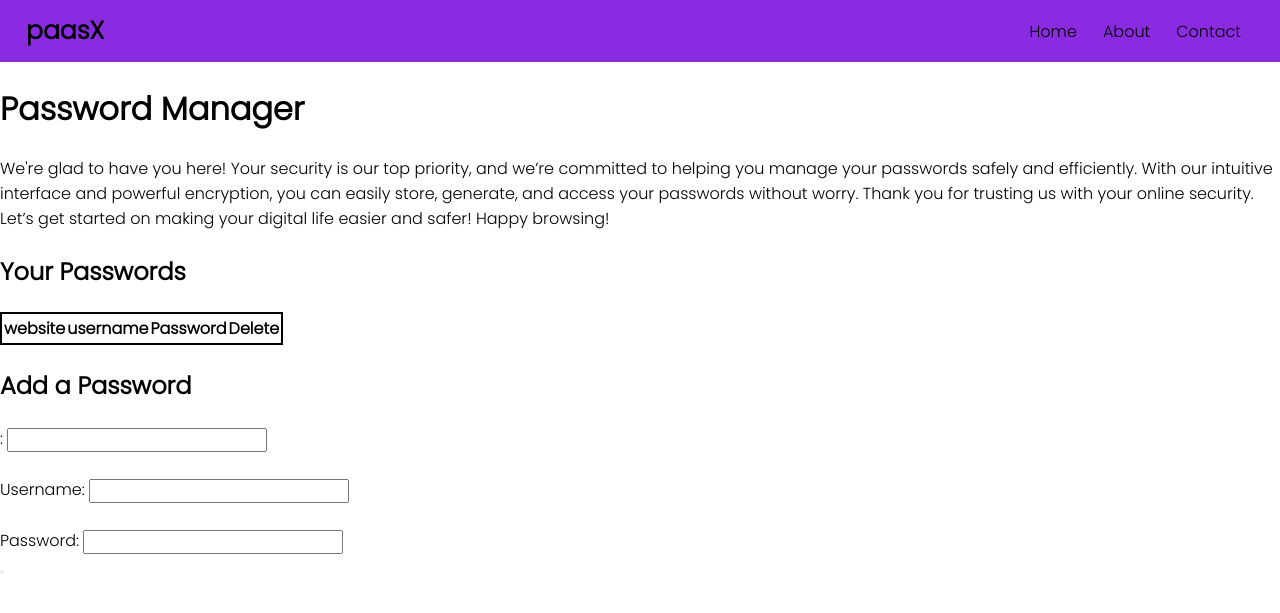
Repository: Abhi2807ar/PASSWORD-MANAGER
Page: index.html
An editor plug-in stored every save of this project. The page is shown before and after the next save, followed by the edit.
The browser window is 1280 px wide. The pictures show the whole page.

Above is the page before, as saved 2024-10-14 17:07:55.
Console error: TypeError: Cannot set properties of null (setting 'innerHTML')

### index.html
<!DOCTYPE html>
<html lang="en">
<head>
    <meta charset="UTF-8">
    <meta name="viewport" content="width=device-width, initial-scale=1.0">
    <title>Documentx</title>
  <link rel="stylesheet" href="style.css">

</head>

<body>
    <nav>
        <div class="logo">paasX</div>
        <ul>
            <li>Home</li>
            <li>About</li>
            <li>Contact</li>

        </ul>

    </nav>
    <div class="'container">
        <h1>Password Manager</h1>
        <p> We're glad to have you here! Your security is our top priority,
             and we’re committed to helping you manage your passwords safely and efficiently.
              With our intuitive interface and powerful encryption, you can easily store, generate, and access your passwords without worry.
Thank you for trusting us with your online security. Let’s get started on making your digital life easier and safer!
Happy browsing!
        </p>
        <h2>Your Passwords</h2>
        <table>
            <tr>
              <th>website</th>
              <th>username</th>
              <th>Password</th>
              <th>Delete</th>
            </tr>

          </table>
        <h2>Add a Password</h2>
        <form action="/submit" method="post">
 <!-- Text input for website -->
            <label for="website">:</label>
            <input type="text" id="username" name="username" required>
            <br><br>
            <!-- Text input for username -->
            <label for="username">Username:</label>
            <input type="text" id="username" name="username" required>
            <br><br>

            <!-- Password input -->
            <label for="password">Password:</label>
            <input type="password" id="password" name="password" required>
            <br>

            <!-- Submit button -->
           <button class="'btn" type="submit"></button>
                </form>
    </div>
    <script src="index.js"></script>

</body>
</html>

### style.css

@import url('https://fonts.googleapis.com/css2?family=Poppins:wght@200;300&display=swap');
*{
    margin:0;
    padding:0;
    font-family: "Poppins", sans-serif;;
 }
 nav{ background-color: blueviolet;
    padding:12px 3px;
    display:flex;
    justify-content:space-between;
 }
 .logo{
    margin:0 23px;
    font-weight: 800;
    font-size:25px;
 }
 ul{
    display:flex;
    margin: 0 23px;
    align-items: center;

 }
 ul > li{
    list-style:none;
     margin:0 13px;
     cursor:pointer;
 }
 ul > li:hover{
    color:white;
 }
 table {
    border:2px solid black

}
.container{
    max-width: 80vw;
    margin: 23px auto;
}
h1,h2,h3{
    margin:23px 0;
}
.btn{
    padding:8px 17px;
    background:black;
    color:white;
    font-weight: 900;
    border:2px solid grey;
    border-radius:8px;
    margin:25px 0;
    cursor:pointer;
}

### index.js
//logic to fill the table
let tb=document.querySelector("tablle")
let data=localStorage.getItem("passwords")
if(data==null){
    tb.innerHTML="No Data To Show"
}

else {
    let arr=JSON.parse(data);
    let str=""
    for(let index=0; index<arr.length;index++){
        const element=arr[index];


str+=`<tr>

<td>${element.website}</td>
<td>${element.username}</td>
<td>${element.password}</td>
<td>${"Delete"}</td>
</tr>`
}
tb.innerHTML=tb.innerHTML +str
}

After the next save:
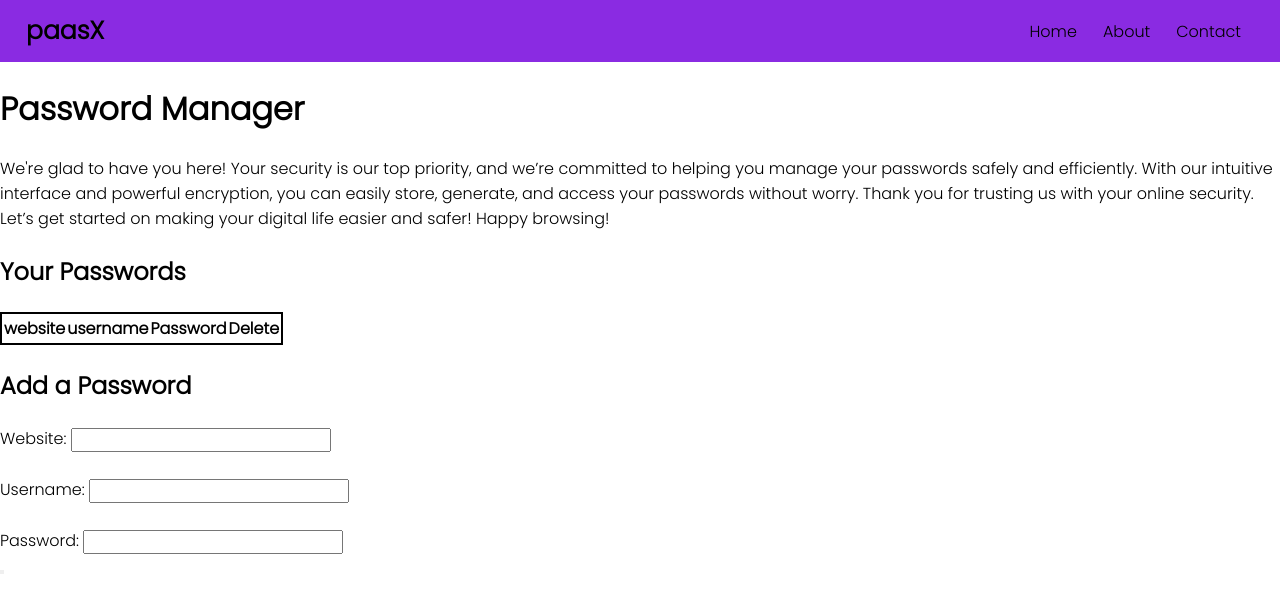
Saved 4 s later.
--- a/index.html
+++ b/index.html
@@ -40,7 +40,7 @@ Happy browsing!
         <h2>Add a Password</h2>
         <form action="/submit" method="post">
  <!-- Text input for website -->
-            <label for="website">:</label>
+            <label for="website">Website:</label>
             <input type="text" id="username" name="username" required>
             <br><br>
             <!-- Text input for username -->
